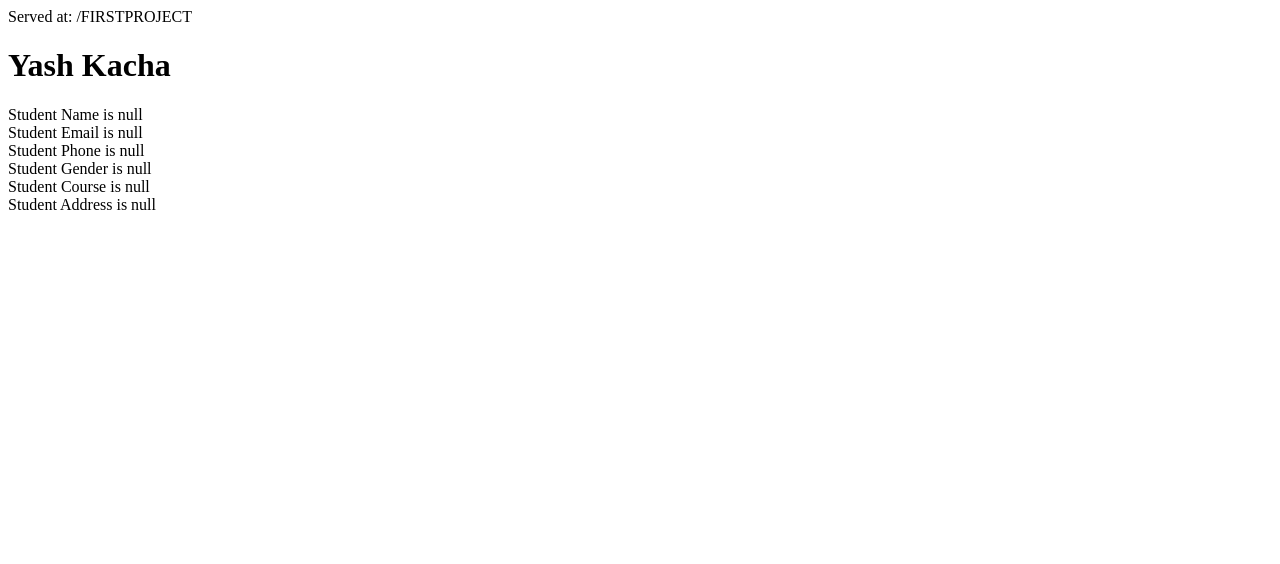
Repository: YashKachaRK/JAVA_CODE_SEM_6
Page: http://localhost/FIRSTPROJECT/Hello
An editor plug-in stored every save of this project. The page is shown before and after the next save, followed by the edit.
The browser window is 1280 px wide. The pictures show the whole page.
The page is served by Tomcat 10.

Above is the page before, as saved 2025-12-19 05:31:12.

### FIRSTPROJECT/src/main/java/first/Hello.java
package first;

import jakarta.servlet.ServletException;
import jakarta.servlet.annotation.WebServlet;
import jakarta.servlet.http.HttpServlet;
import jakarta.servlet.http.HttpServletRequest;
import jakarta.servlet.http.HttpServletResponse;
import java.io.IOException;
import java.io.PrintWriter;

/**
 * Servlet implementation class Hello
 */
@WebServlet("/Hello")
public class Hello extends HttpServlet {
	private static final long serialVersionUID = 1L;

    /**
     * @see HttpServlet#HttpServlet()
     */
    public Hello() {
        super();
        // TODO Auto-generated constructor stub
    }

	/**
	 * @see HttpServlet#doGet(HttpServletRequest request, HttpServletResponse response)
	 */
	protected void doGet(HttpServletRequest request, HttpServletResponse response) throws ServletException, IOException {
		// TODO Auto-generated method stub
		response.getWriter().append("Served at: ").append(request.getContextPath());
		response.setContentType("text/html");  // first line when make new project
		PrintWriter out = response.getWriter();
		out.println("<html><body>");

		out.println("<h1>Yash Kacha</h1>");
		out.println("</body></html>");

		String s1 = request.getParameter("sname");
		String s2 = request.getParameter("semail");
		String s3 = request.getParameter("sphone");
		String s4 = request.getParameter("sgen");
		String s5 = request.getParameter("scourse");
		String s6 = request.getParameter("saddress");

		out.print("Student Name is " + s1 + "<br>");
		out.print("Student Email is " + s2 + "<br>");
		out.print("Student Phone is " + s3 + "<br>");
		out.print("Student Gender is " + s4 + "<br>");
		out.print("Student Course is " + s5 + "<br>");
		out.print("Student Address is " + s6 + "<br>");

	}

	/**
	 * @see HttpServlet#doPost(HttpServletRequest request, HttpServletResponse response)
	 */
//	protected void doPost(HttpServletRequest request, HttpServletResponse response) throws ServletException, IOException {
//		// TODO Auto-generated method stub
//		doGet(request, response);
//	}

}

After the next save:
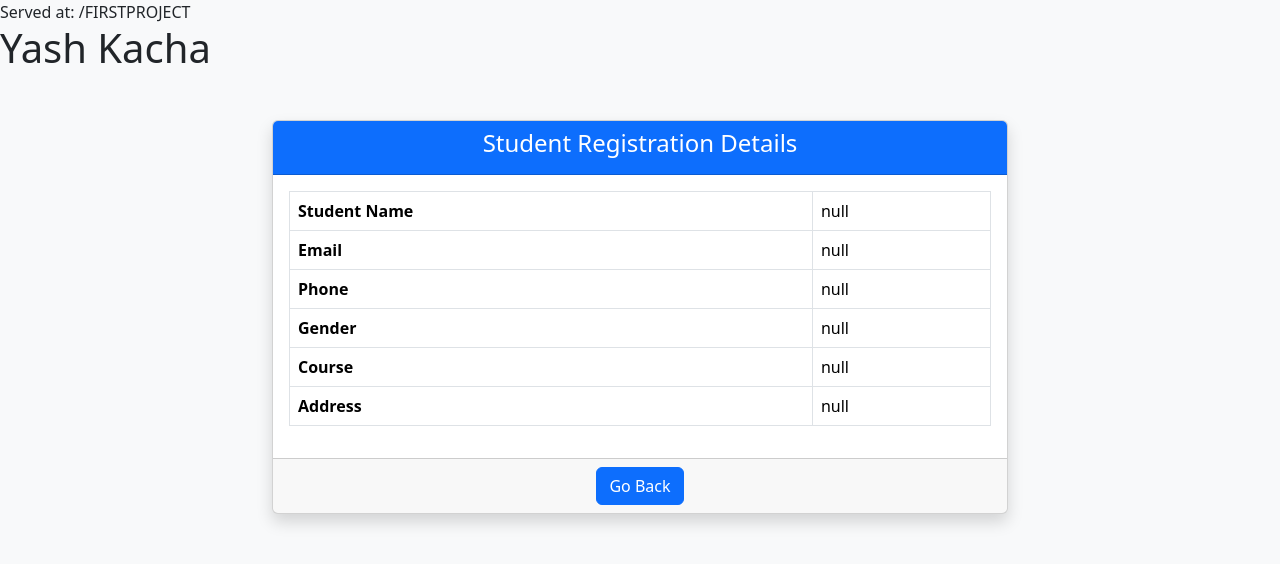
Saved 88 s later.
--- a/FIRSTPROJECT/src/main/java/first/Hello.java
+++ b/FIRSTPROJECT/src/main/java/first/Hello.java
@@ -43,12 +43,79 @@ public class Hello extends HttpServlet {
 		String s5 = request.getParameter("scourse");
 		String s6 = request.getParameter("saddress");
 
-		out.print("Student Name is " + s1 + "<br>");
-		out.print("Student Email is " + s2 + "<br>");
-		out.print("Student Phone is " + s3 + "<br>");
-		out.print("Student Gender is " + s4 + "<br>");
-		out.print("Student Course is " + s5 + "<br>");
-		out.print("Student Address is " + s6 + "<br>");
+//		out.print("Student Name is " + s1 + "<br>");
+//		out.print("Student Email is " + s2 + "<br>");
+//		out.print("Student Phone is " + s3 + "<br>");
+//		out.print("Student Gender is " + s4 + "<br>");
+//		out.print("Student Course is " + s5 + "<br>");
+//		out.print("Student Address is " + s6 + "<br>");
+		out.println("<!DOCTYPE html>");
+		out.println("<html>");
+		out.println("<head>");
+		out.println("<title>Student Details</title>");
+		out.println("<link href='https://cdn.jsdelivr.net/npm/bootstrap@5.3.2/dist/css/bootstrap.min.css' rel='stylesheet'>");
+		out.println("</head>");
+
+		out.println("<body class='bg-light'>");
+
+		out.println("<div class='container mt-5'>");
+		out.println("  <div class='row justify-content-center'>");
+		out.println("    <div class='col-md-8'>");
+
+		out.println("      <div class='card shadow'>");
+		out.println("        <div class='card-header bg-primary text-white text-center'>");
+		out.println("          <h4>Student Registration Details</h4>");
+		out.println("        </div>");
+
+		out.println("        <div class='card-body'>");
+		out.println("          <table class='table table-bordered'>");
+
+		out.println("            <tr>");
+		out.println("              <th>Student Name</th>");
+		out.println("              <td>" + s1 + "</td>");
+		out.println("            </tr>");
+
+		out.println("            <tr>");
+		out.println("              <th>Email</th>");
+		out.println("              <td>" + s2 + "</td>");
+		out.println("            </tr>");
+
+		out.println("            <tr>");
+		out.println("              <th>Phone</th>");
+		out.println("              <td>" + s3 + "</td>");
+		out.println("            </tr>");
+
+		out.println("            <tr>");
+		out.println("              <th>Gender</th>");
+		out.println("              <td>" + s4 + "</td>");
+		out.println("            </tr>");
+
+		out.println("            <tr>");
+		out.println("              <th>Course</th>");
+		out.println("              <td>" + s5 + "</td>");
+		out.println("            </tr>");
+
+		out.println("            <tr>");
+		out.println("              <th>Address</th>");
+		out.println("              <td>" + s6 + "</td>");
+		out.println("            </tr>");
+
+		out.println("          </table>");
+		out.println("        </div>");
+
+		out.println("        <div class='card-footer text-center'>");
+		out.println("          <a href='index.html' class='btn btn-primary'>Go Back</a>");
+		out.println("        </div>");
+
+		out.println("      </div>");
+
+		out.println("    </div>");
+		out.println("  </div>");
+		out.println("</div>");
+
+		out.println("</body>");
+		out.println("</html>");
+
 
 	}
 
